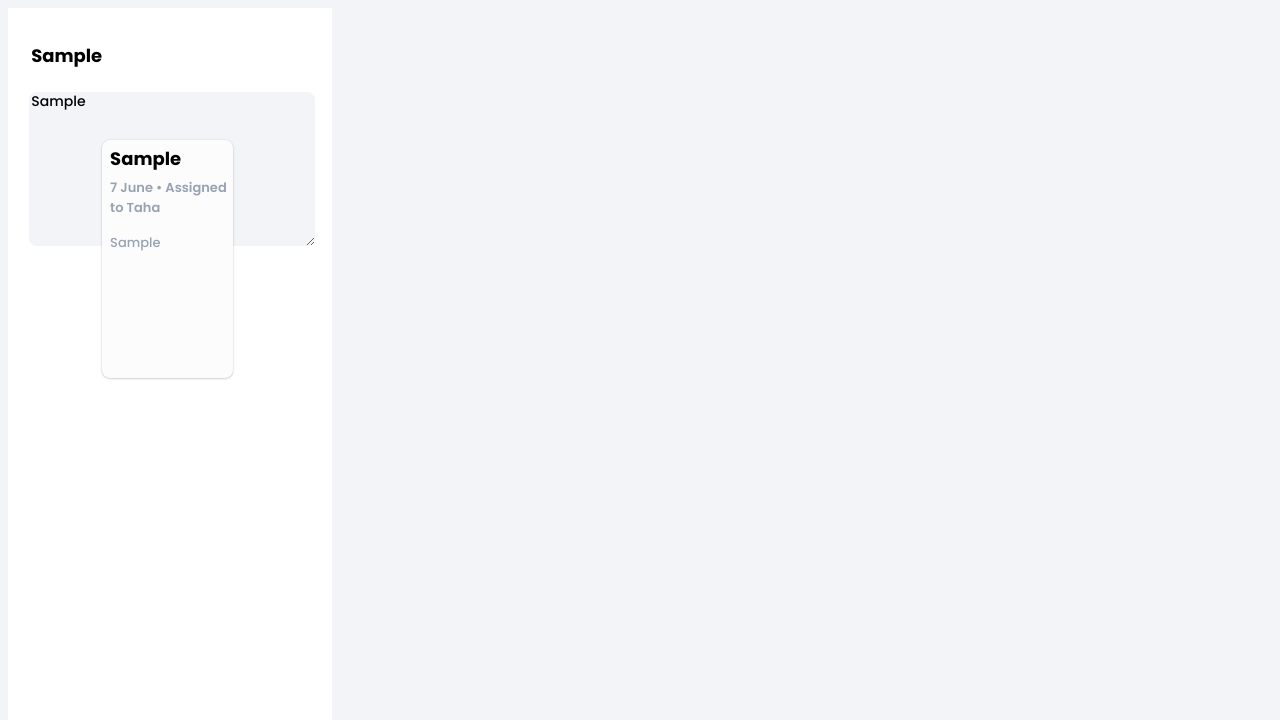
Repository: ReyhanehRahmani/TO-DO
Page: index.html
An editor plug-in stored every save of this project. The page is shown before and after the next save, followed by the edit.
The browser window is 1280 px wide. The pictures show the whole page.
Empty fields were first filled with sample values (such as "Sample", 5 or name@example.com).
After loading, the first visible `#creatbut` was clicked once.
Some web fonts or font styles are not loaded; a fallback is used.

Above is the page before, as saved 2025-06-08 12:38:33.

### index.html
<!DOCTYPE html>

<html lang="en">

    <head>

        <meta name="viewport" content="width=device-width, initial-scale=1.0" />

        <title>TO-DO</title>

        <link rel="icon" type="image/jpg" href="favicon.png">

        <link rel="stylesheet" href="style.css">

        <link rel="preconnect" href="https://fonts.googleapis.com">

        <link rel="preconnect" href="https://fonts.gstatic.com" crossorigin>

        <link href="https://fonts.googleapis.com/css2?family=Poppins:ital,wght@0,100;0,200;0,300;0,400;0,500;0,600;0,700;0,800;0,900;1,100;1,200;1,300;1,400;1,500;1,600;1,700;1,800;1,900&family=Sofia+Sans:ital,wght@0,1..1000;1,1..1000&display=swap" rel="stylesheet">

    </head>
    <body>
        <div id="side">

            <div id="main-card">
            <div id="content">
                <div >
                <div id="title">
                    <input type="text" id="titlebox" minlength="3" maxlength="30" placeholder="Title">
                </div>
                <div id="description">
                    <textarea type="text" id="descriptionbox" maxlength="200" placeholder="Description"></textarea>
                </div>
                </div>

                <div id="buttons">
                    <div id="clear"><button id="clearbut">Clear All</button></div>
                    <div id="creat"><button id="creatbut">Creat Card</button></div>
                </div>
            </div>

            </div>

            <div id="cardsContainer"></div>
            </div>

        <script src="script.js"></script>
    </body>

### style.css
@media screen and (max-width: 1279px){

body{
    background-color: #F2F4F7;
}



#main-card{
    margin-left: 6%;
    margin-right: 6%;
    margin-top: 6%;
    background-color: #FFFFFF;
}

#content{
    margin-right: 6.557377049%;
    margin-left: 6.557377049%;
    margin-top: 6.557377049%;
    margin-bottom: 6.557377049%;
}

#titlebox{
    font-family: 'Poppins';
    font-weight: 700;
    font-size: 18px;
    line-height: 150%;
    letter-spacing: -2%;
    border: none;
    width: 100%;
    height: 51px;
}

#descriptionbox{
    border: none;
    width: 100%;
    font-family: 'Poppins';
    font-weight: 500;
    font-size: 14px;
    line-height: 100%;
    letter-spacing: -3%;
    height: 150px;
    border-radius: 8px;
    background: #F2F4F7;

    margin-top: 10px;

}

#content{
    display: flex;
    flex-direction: column;
    justify-content: space-between;
    gap: 516px;
}

#buttons{
    display: flex;
    justify-content: space-between;
    gap: 12px;
    margin-bottom: 25px;
}

#clear{
    text-align: center;
    justify-content: center;
}

#clearbut{
    height: 44px;
    border-radius: 8px;
    border-width: 1.4px;
    border-color: #FF1616;
    background-color: #FFFFFF;
    font-family: 'Poppins';
    font-weight: 700;
    font-size: 15px;
    line-height: 100%;
    letter-spacing: -3%;
    color: #FF1616;
    white-space: nowrap;
    width: 97px;

}

#creat{
    text-align: center;
    justify-content: center;
}

#creatbut{
    height: 44px;
    border-radius: 8px;
    background: #000000;
    font-family: 'Poppins';
    font-weight: 600;
    font-size: 15px;
    line-height: 100%;
    letter-spacing: -3%;
    color: #FFFFFF;
    width: 190px;

}

.cardsContainer{
    justify-content: center;
}


.card {
    width: 76.923076923%;
    height: 238px;
    border-radius: 8px;
    background: #FCFCFD;
    box-shadow: 0px 0.5px 2px 0px #1018284D;
    justify-self: center;
    position: relative;
    margin-bottom: 24px;
}


.cardTitle{
    font-family: 'Poppins';
    font-weight: 700;
    font-size: 18px;
    line-height: 150%;
    letter-spacing: -2%;
    margin-left: 6.25%;
    padding-top: 4.1%;


}

.cardDate{
    font-family: 'Poppins';
    font-weight: 600;
    font-size: 13px;
    line-height: 150%;
    letter-spacing: -2%;
    margin-left: 6.25%;
    color: #98A2B3;
    margin-top: 6px;

}

.cardDesc{
    font-family: 'Poppins';
    font-weight: 500;
    font-size: 13px;
    line-height: 150%;
    letter-spacing: -2%;
    color: #98A2B3;
    margin-left: 6.25%;
    margin-top: 16px;
}

#todoTitle{
    font-family: 'Poppins';
    font-weight: 800;
    font-size: 32px;
    line-height: 100%;
    letter-spacing: -0.75%;
    color: #000000;
    margin-left: 12%;
    margin-bottom: 20px;
    margin-top: 80px;

}}

@media screen and (min-width: 1280px){

body{
    background-color: #F2F4F7;
}

#content{
    margin-right: 6.557377049%;
    margin-left: 6.557377049%;
    margin-top: 6.557377049%;
    margin-bottom: 6.557377049%;
}

#titlebox{
    font-family: 'Poppins';
    font-weight: 700;
    font-size: 18px;
    line-height: 150%;
    letter-spacing: -2%;
    border: none;
    width: 100%;
    height: 51px;
}

#descriptionbox{
    border: none;
    width: 100%;
    font-family: 'Poppins';
    font-weight: 500;
    font-size: 14px;
    line-height: 100%;
    letter-spacing: -3%;
    height: 150px;
    border-radius: 8px;
    background: #F2F4F7;

    margin-top: 10px;

}

#main-card{
    background-color: #FFFFFF;
    width: 25.31120332%;
    margin: 0%;
    position: fixed;
}

#side{
    display: flex;
    flex-direction: row;
}


#content{
    display: flex;
    flex-direction: column;
    justify-content: space-between;
    gap: 516px;
}

#buttons{
    display: flex;
    justify-content: space-between;
    gap: 12px;
    margin-bottom: 25px;
}

#clear{
    text-align: center;
    justify-content: center;
}

#clearbut{
    height: 44px;
    border-radius: 8px;
    border-width: 1.4px;
    border-color: #FF1616;
    background-color: #FFFFFF;
    font-family: 'Poppins';
    font-weight: 700;
    font-size: 15px;
    line-height: 100%;
    letter-spacing: -3%;
    color: #FF1616;
    white-space: nowrap;
    width: 97px;

}

#creat{
    text-align: center;
    justify-content: center;
}

#creatbut{
    height: 44px;
    border-radius: 8px;
    background: #000000;
    font-family: 'Poppins';
    font-weight: 600;
    font-size: 15px;
    line-height: 100%;
    letter-spacing: -3%;
    color: #FFFFFF;
    width: 190px;

}

.cardsContainer{
    justify-content: center;
}


.card {
    width: 76.923076923%;
    height: 238px;
    border-radius: 8px;
    background: #FCFCFD;
    box-shadow: 0px 0.5px 2px 0px #1018284D;
    justify-self: center;
    position: relative;
    margin-bottom: 24px;
    margin-left: 87.524204703%;

}


.cardTitle{
    font-family: 'Poppins';
    font-weight: 700;
    font-size: 18px;
    line-height: 150%;
    letter-spacing: -2%;
    margin-left: 6.25%;
    padding-top: 4.1%;


}

.cardDate{
    font-family: 'Poppins';
    font-weight: 600;
    font-size: 13px;
    line-height: 150%;
    letter-spacing: -2%;
    margin-left: 6.25%;
    color: #98A2B3;
    margin-top: 6px;

}

.cardDesc{
    font-family: 'Poppins';
    font-weight: 500;
    font-size: 13px;
    line-height: 150%;
    letter-spacing: -2%;
    color: #98A2B3;
    margin-left: 6.25%;
    margin-top: 16px;
}

#todoTitle{
    font-family: 'Poppins';
    font-weight: 800;
    font-size: 32px;
    line-height: 100%;
    letter-spacing: -0.75%;
    color: #000000;
    margin-left: 12%;
    margin-bottom: 20px;
    margin-top: 80px;

}

}

### script.js
document.getElementById("creatbut").onclick = function () {

    const title = document.getElementById("titlebox").value.trim();
    const desc = document.getElementById("descriptionbox").value.trim();

    const card = document.createElement("div");
    card.classList.add("card");

    const cardItems =document.createElement("div");
    card.classList.add("cardItem");

    card.appendChild(cardItems);

    const titleElem = document.createElement("div");
    titleElem.classList.add("cardTitle");
    titleElem.textContent = title;

    const dateElem = document.createElement("div");
    dateElem.classList.add("cardDate");

    const now = new Date();
    const day = now.getDate();
    const monthNames = ["January", "February", "March", "April", "May", "June","July", "August", "September", "October", "November", "December"];

    const month = monthNames[now.getMonth()];

    const formattedDate = day + " " + month;

    dateElem.textContent = formattedDate + " • " + " Assigned to Taha ";

    const descElem = document.createElement("div");
    descElem.classList.add("cardDesc");
    descElem.textContent = desc;

    cardItems.appendChild(titleElem);
    cardItems.appendChild(dateElem);
    cardItems.appendChild(descElem);

    document.getElementById("cardsContainer").appendChild(card);

    const container = document.getElementById("cardsContainer");

    if (!document.getElementById("todoTitle")) {
    const todo = document.createElement("div");
    todo.id = "todoTitle";
    todo.textContent = "TO DO";
    todo.classList.add("todoHeader");

    container.insertBefore(todo, container.firstChild);}



    document.getElementById("clearbut").addEventListener("click", function () {
    document.getElementById("titlebox").value = "";
    document.getElementById("descriptionbox").value = "";});


};

After the next save:
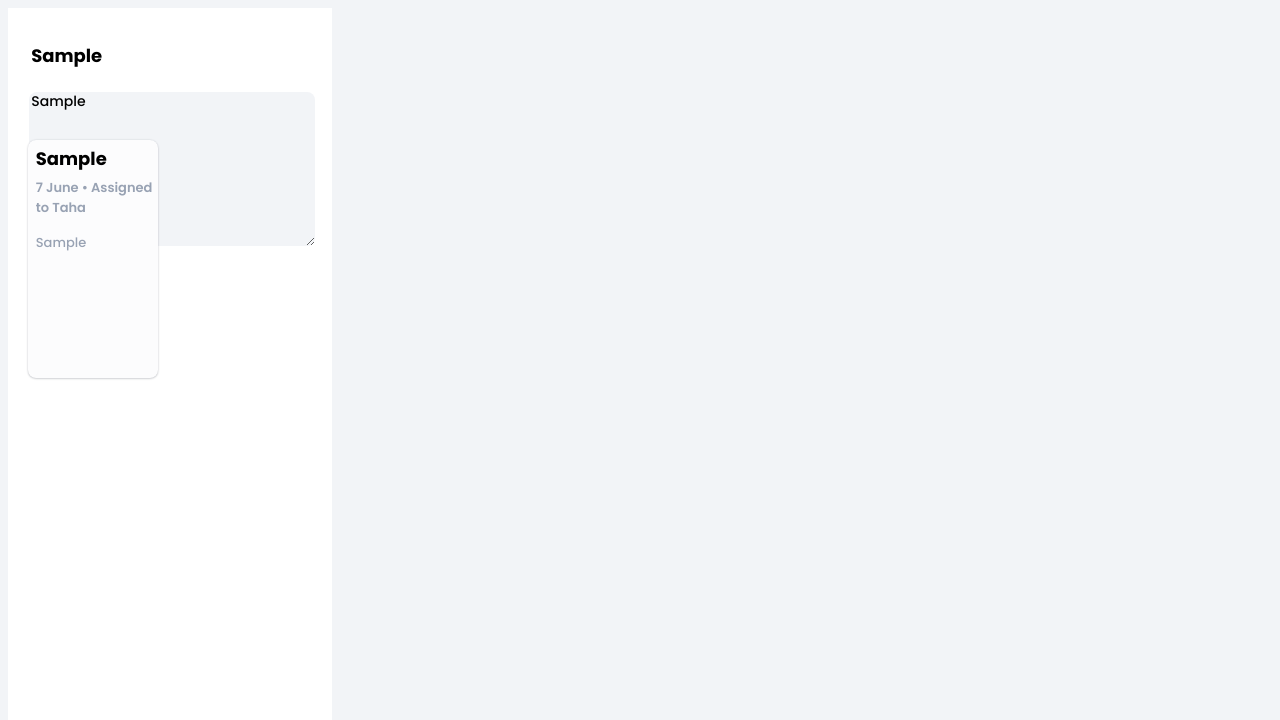
Saved 23 s later.
--- a/style.css
+++ b/style.css
@@ -277,6 +277,8 @@ body{
 
 .cardsContainer{
     justify-content: center;
+        margin-left: 87.524204703%;
+
 }
 
 
@@ -289,7 +291,6 @@ body{
     justify-self: center;
     position: relative;
     margin-bottom: 24px;
-    margin-left: 87.524204703%;
 
 }
 
